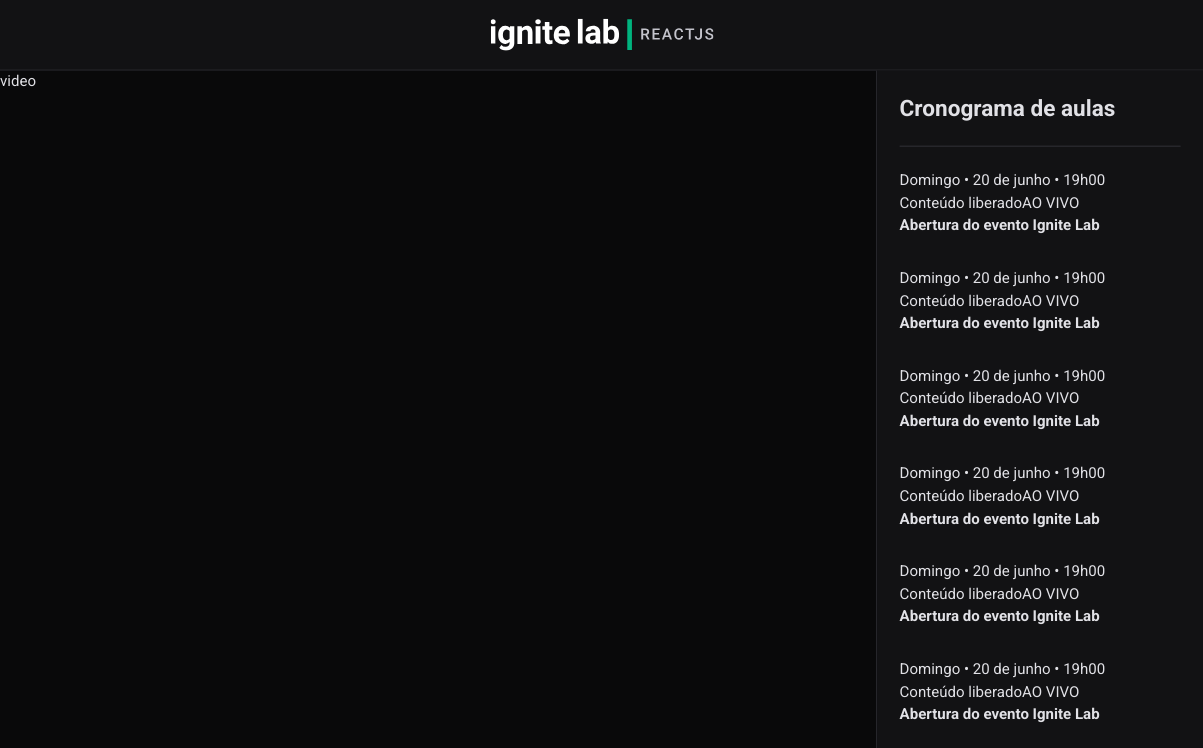
Repository: andynadvorny/event-platform
Page: /
The author's editor kept a copy of each file at every save. The page is drawn from the files as they stood at one save, then again after the next save.
The browser window is 1280 px wide. The pictures show the whole page, at 94% of full size.
The project was rebuilt for these pictures with package versions that can differ from the ones it lists, and the page was loaded fresh each time. Also part of the build but not shown: vite.config.ts.

Above is the page before, as saved 2022-06-23 14:35:16.

### src/App.tsx
import { Event } from './pages/Event'

function App() {
  return (
    <Event />
  )
}

export default App

### src/lib/apollo.ts
import { ApolloClient, InMemoryCache } from "@apollo/client";

export const client = new ApolloClient({
  uri: 'https://api-sa-east-1.graphcms.com/v2/cl4q028zp2n6q01xs9d4d26wj/master',
  cache: new InMemoryCache()
});

### src/pages/Event.tsx
import { Header } from '../components/Header'
import { Sidebar } from '../components/Sidebar'
import { Video } from '../components/Video'

export function Event() {
  return (
    <div className="flex flex-col min-h-screen">
      <Header />
      <main className="flex flex-1">
        <Video />
        <Sidebar />
      </main>
    </div>
  )
}

### src/components/Sidebar.tsx
import { Lesson } from "./Lesson";

export function Sidebar() {
  return (
    <aside className="w-[348px] bg-gray-700 p-6 border-l border-gray-600">
      <span className="font-bold text-2xl pb-6 mb-6 border-b border-gray-500 block">
        Cronograma de aulas
      </span>
      <div className="flex flex-col gap-8">
        <Lesson />
        <Lesson />
        <Lesson />
        <Lesson />
        <Lesson />
        <Lesson />
      </div>
    </aside>
  )
}

### src/components/Video.tsx
export function Video() {
  return (
    <div className="flex-1">
      video
    </div>
  )
}

### src/components/Logo.tsx
export function Logo() {
  return (
    <svg
      xmlns="http://www.w3.org/2000/svg"
      width="237"
      height="34"
      fill="none"
      viewBox="0 0 237 34"
    >
      <path
        fill="#fff"
        d="M.002 3.112a2.49 2.49 0 01.165-.987c.12-.314.304-.595.535-.83A2.906 2.906 0 012.615.572c.698 0 1.374.257 1.912.723.23.24.412.524.536.837a2.701 2.701 0 010 1.979 2.568 2.568 0 01-.536.837 2.889 2.889 0 01-1.907.723 2.901 2.901 0 01-1.908-.723 2.458 2.458 0 01-.538-.84 2.645 2.645 0 01-.172-.996zm4.96 23.146H.273V7.862h4.689v18.397zM8.012 16.973c0-2.853.686-5.145 2.055-6.883a6.653 6.653 0 015.528-2.606 5.869 5.869 0 014.802 2.09l.2-1.751h4.538v17.95a7.891 7.891 0 01-1.12 4.246 7.243 7.243 0 01-3.147 2.752 11.155 11.155 0 01-4.742.94c-1.378 0-2.74-.279-4.008-.812a7.08 7.08 0 01-2.946-2.11l2.208-3.02a5.905 5.905 0 004.543 2.08 4.356 4.356 0 003.104-1.059 3.938 3.938 0 001.103-2.993v-.994a5.775 5.775 0 01-4.555 1.935 6.647 6.647 0 01-3.05-.652 6.615 6.615 0 01-2.408-1.967c-1.397-1.752-2.085-4.089-2.085-6.942v-.21h-.025l.005.006zm4.997.355a6.723 6.723 0 001.026 3.956 3.233 3.233 0 002.799 1.443c.651.045 1.3-.088 1.878-.39a3.52 3.52 0 001.396-1.305v-7.825a3.448 3.448 0 00-1.374-1.305 3.504 3.504 0 00-1.86-.39 3.28 3.28 0 00-1.61.365 3.22 3.22 0 00-1.219 1.103c-.688.975-1.036 2.418-1.036 4.348zM33.098 7.833l.158 2.196a6.527 6.527 0 012.371-1.927 6.38 6.38 0 012.971-.62c1.97 0 3.438.597 4.39 1.79.953 1.194 1.456 2.936 1.486 5.293v12.249h-4.962V14.683a3.367 3.367 0 00-.684-2.344 3.086 3.086 0 00-1.069-.598 3.008 3.008 0 00-1.211-.13 3.349 3.349 0 00-1.821.454c-.553.32-1.01.794-1.313 1.367v13.37H28.45V7.845l4.647-.012zM47.512 3.112a2.304 2.304 0 01.185-.988 2.42 2.42 0 01.59-.831A3.439 3.439 0 0150.404.57c.772 0 1.52.256 2.117.723.508.486.792 1.142.792 1.826 0 .683-.284 1.34-.792 1.826a3.417 3.417 0 01-2.11.723c-.77 0-1.517-.257-2.11-.723a2.47 2.47 0 01-.594-.839 2.342 2.342 0 01-.19-.994h-.005zm5.483 23.149h-5.18V7.86h5.18v18.4zM62.454 3.334v4.612h3.107v3.677h-3.107v9.382c-.05.53.091 1.063.395 1.495a1.824 1.824 0 001.473.45c.476.002.95-.035 1.421-.114v3.803a9.672 9.672 0 01-2.939.449c-3.398 0-5.128-1.775-5.19-5.32V11.644h-2.642V7.968h2.643V3.356h4.841v-.025l-.002.003zM76.487 27.08a9.277 9.277 0 01-6.759-2.55c-1.74-1.699-2.605-3.957-2.605-6.797v-.494a11.295 11.295 0 011.098-5.08 8.141 8.141 0 013.111-3.465 8.72 8.72 0 014.59-1.22c2.577 0 4.62.815 6.098 2.449 1.478 1.633 2.226 3.94 2.226 6.929v2.055h-12.01a4.665 4.665 0 001.473 2.971 4.487 4.487 0 003.111 1.111 5.426 5.426 0 004.548-2.115l2.476 2.781a7.506 7.506 0 01-3.07 2.507 9.81 9.81 0 01-4.287.916v.002zm-.594-15.514a3.127 3.127 0 00-2.428 1.012 5.405 5.405 0 00-1.188 2.912h7.006v-.405a3.749 3.749 0 00-.908-2.608 3.252 3.252 0 00-2.45-.908h-.03l-.002-.003zM97.771 26.259h-4.957V0h4.957V26.26zM112.209 26.259c-.227-.444-.392-.997-.496-1.659-1.196 1.333-2.751 2.002-4.666 2.002-1.811 0-3.314-.523-4.504-1.572-1.191-1.049-1.786-2.372-1.786-3.966 0-1.96.725-3.464 2.179-4.513 1.453-1.049 3.553-1.58 6.3-1.59h2.273v-1.06c0-.854-.22-1.54-.659-2.051-.44-.513-1.131-.77-2.078-.77-.832 0-1.486.2-1.957.6-.474.4-.708.945-.708 1.64h-4.941c0-1.07.331-2.062.992-2.973.662-.91 1.597-1.626 2.804-2.144 1.206-.518 2.564-.778 4.069-.778 2.28 0 4.089.573 5.429 1.718 1.34 1.145 2.009 2.756 2.009 4.83v8.017c.012 1.754.256 3.082.735 3.983v.29h-4.992l-.003-.004zm-4.086-3.435c.728 0 1.402-.163 2.016-.486.614-.326 1.071-.76 1.367-1.308v-3.181h-1.846c-2.472 0-3.79.854-3.948 2.564l-.017.291c0 .614.217 1.123.649 1.523.434.4 1.026.6 1.779.6v-.003zM136.58 17.183c0 2.963-.632 5.273-1.898 6.931-1.265 1.659-3.032 2.488-5.3 2.488-2.006 0-3.608-.77-4.805-2.308l-.222 1.967h-4.444V.001h4.94v9.418c1.14-1.332 2.638-2 4.496-2 2.256 0 4.025.828 5.308 2.487 1.283 1.658 1.923 3.992 1.923 7v.274l.002.003zm-4.94-.358c0-1.868-.296-3.233-.889-4.094-.592-.861-1.475-1.29-2.65-1.29-1.572 0-2.655.643-3.247 1.932v7.299c.604 1.298 1.697 1.95 3.282 1.95 1.584 0 2.643-.788 3.146-2.36.239-.752.358-1.897.358-3.437z"
      ></path>
      <path
        fill="#C4C4CC"
        d="M164.51 17.501h-2.283v4.53h-2.048v-11.78h4.143c1.36 0 2.408.306 3.149.915.74.61 1.108 1.493 1.108 2.648 0 .787-.19 1.449-.57 1.98-.38.532-.911.94-1.59 1.226l2.646 4.906v.106h-2.194l-2.364-4.531h.003zm-2.283-1.65h2.105c.691 0 1.229-.176 1.619-.524.39-.348.582-.824.582-1.429 0-.604-.18-1.12-.538-1.466-.358-.345-.893-.523-1.606-.533h-2.162V15.85zM179.066 16.773h-4.839v3.625h5.656v1.634h-7.704V10.25h7.648v1.65h-5.6v3.253h4.839v1.62zM189.803 19.29h-4.565l-.955 2.744h-2.127l4.452-11.783h1.836l4.459 11.783h-2.137l-.963-2.744zm-3.99-1.65h3.415l-1.707-4.89-1.708 4.89zM204.716 18.197c-.119 1.256-.583 2.238-1.392 2.941-.81.703-1.885 1.056-3.228 1.056-.938 0-1.764-.222-2.48-.668-.715-.445-1.266-1.079-1.656-1.898-.387-.82-.589-1.772-.607-2.858v-1.1c0-1.11.198-2.09.59-2.937.392-.846.96-1.5 1.695-1.96.736-.458 1.587-.688 2.554-.688 1.301 0 2.347.353 3.139 1.057.792.703 1.254 1.7 1.385 2.99h-2.039c-.096-.846-.343-1.458-.74-1.833-.397-.375-.977-.563-1.745-.563-.89 0-1.574.326-2.05.977-.479.652-.721 1.605-.733 2.863v1.044c0 1.273.227 2.245.683 2.917.457.668 1.123 1.004 2.004 1.004.805 0 1.409-.18 1.814-.543.405-.363.661-.962.77-1.804h2.038l-.002.003zM216.481 11.902h-3.674v10.132h-2.031V11.902h-3.642V10.25h9.347v1.65zM222.759 10.251h2.039v8.262c0 1.127-.353 2.023-1.057 2.687-.703.664-1.633.995-2.788.995-1.229 0-2.179-.311-2.848-.93-.669-.62-1.004-1.484-1.004-2.59h2.038c0 .627.156 1.096.467 1.412.31.316.76.474 1.347.474.55 0 .989-.183 1.315-.545.326-.366.489-.867.489-1.51V10.25h.002zM234.952 18.999c0-.518-.183-.918-.545-1.197-.363-.279-1.022-.563-1.972-.849-.95-.286-1.705-.604-2.265-.955-1.074-.674-1.612-1.555-1.612-2.638 0-.95.388-1.732 1.163-2.347.774-.614 1.779-.922 3.015-.922.819 0 1.55.15 2.194.454a3.597 3.597 0 011.513 1.29c.367.558.55 1.177.55 1.858h-2.038c0-.614-.193-1.095-.578-1.443-.385-.348-.938-.524-1.656-.524-.668 0-1.189.144-1.557.43-.37.286-.555.686-.555 1.197 0 .432.2.792.6 1.08.399.29 1.056.57 1.974.842.918.271 1.653.582 2.208.93.556.348.963.748 1.222 1.197.259.452.387.977.387 1.582 0 .982-.375 1.762-1.127 2.342-.753.58-1.775.87-3.063.87a5.755 5.755 0 01-2.352-.473c-.715-.316-1.27-.75-1.668-1.308-.397-.555-.594-1.204-.594-1.942h2.048c0 .669.222 1.187.664 1.555.441.367 1.075.55 1.902.55.713 0 1.246-.143 1.607-.432.357-.288.538-.671.538-1.145l-.003-.002z"
      ></path>
      <path fill="#00B37E" d="M150.271 33.146h-4.958V.57h4.958v32.576z"></path>
    </svg>
  );
}

### src/components/Lesson.tsx
export function Lesson() {
  return (
    <a href="#">
      <span>Domingo • 20 de junho • 19h00</span>

      <div>
        <header>
          <span>Conteúdo liberado</span>
          <span>AO VIVO</span>
        </header>
        <strong>Abertura do evento Ignite Lab</strong>
      </div>
    </a>
  )
}

### tailwind.config.js
/** @type {import('tailwindcss').Config} */
module.exports = {
  content: [
    './src/**/*.tsx'
  ],
  theme: {
    extend: {
      fontFamily: {
        sans: 'Roboto, sans-serif'
      },
      colors: {
        green: {
          300: '#00B37E',
          500: '#00875F',
          700: '#015F43',
        },
        blue: {
          500: '#81D8F7',
        },
        orange: {
          500: '#FBA94C',
        },
        red: {
          500: '#F75A68',
        },
        gray: {
          100: '#E1E1E6',
          200: '#C4C4CC',
          300: '#8D8D99',
          500: '#323238',
          600: '#29292E',
          700: '#121214',
          900: '#09090A'
        }
      }
    },
  },
  plugins: [],
}

Loaded but not shown: index.html (common file); src/main.tsx (common file); src/styles/global.css (common file); src/components/Header.tsx (common file)

After the next save:
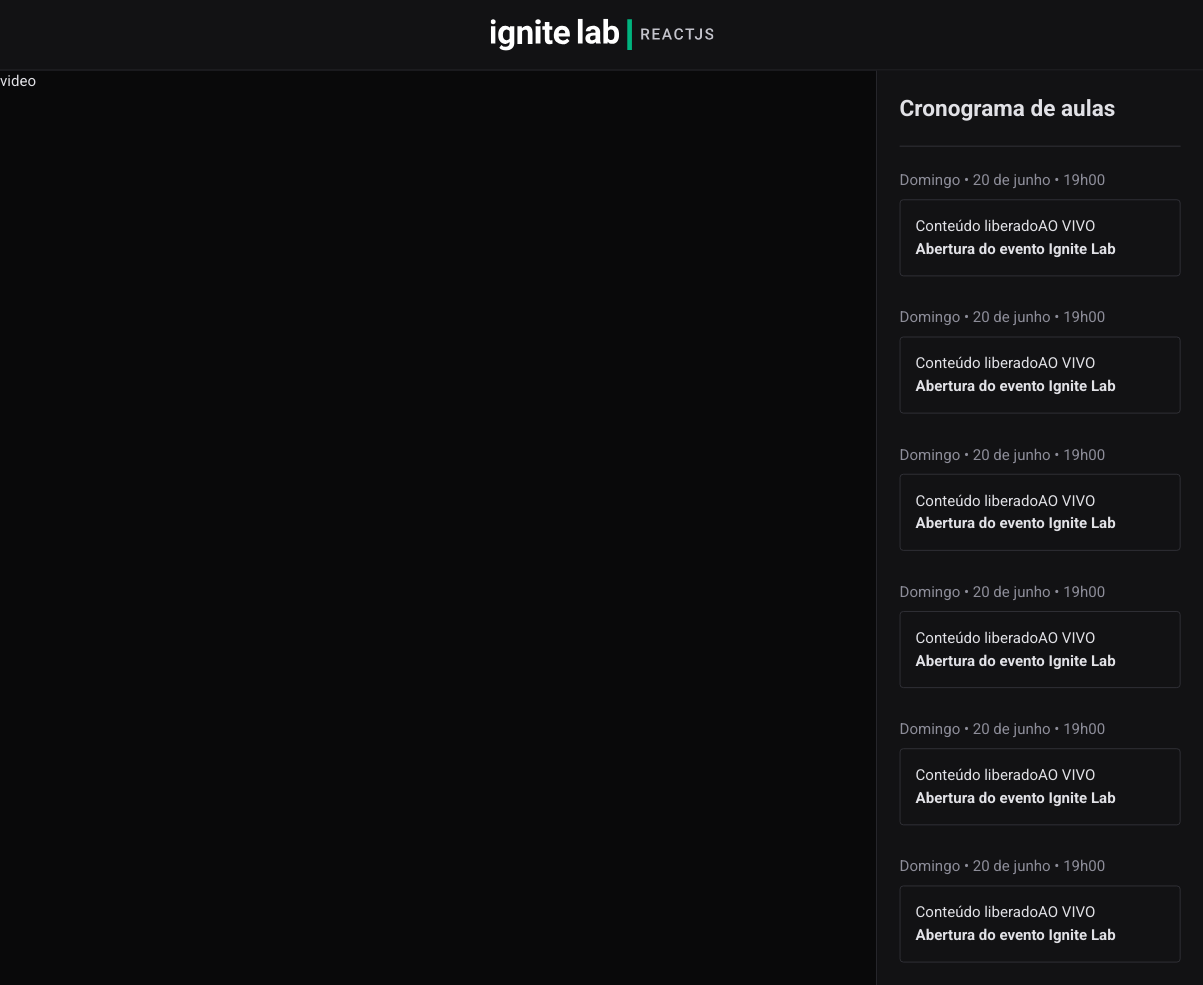
Saved 74 s later.
--- a/src/components/Lesson.tsx
+++ b/src/components/Lesson.tsx
@@ -1,14 +1,22 @@
 export function Lesson() {
   return (
     <a href="#">
-      <span>Domingo • 20 de junho • 19h00</span>
+      <span className="text-gray-300">
+        Domingo • 20 de junho • 19h00
+      </span>
 
-      <div>
+      <div className="rounded border border-gray-500 p-4 mt-2">
         <header>
-          <span>Conteúdo liberado</span>
-          <span>AO VIVO</span>
+          <span>
+            Conteúdo liberado
+          </span>
+          <span>
+            AO VIVO
+          </span>
         </header>
-        <strong>Abertura do evento Ignite Lab</strong>
+        <strong>
+          Abertura do evento Ignite Lab
+        </strong>
       </div>
     </a>
   )
